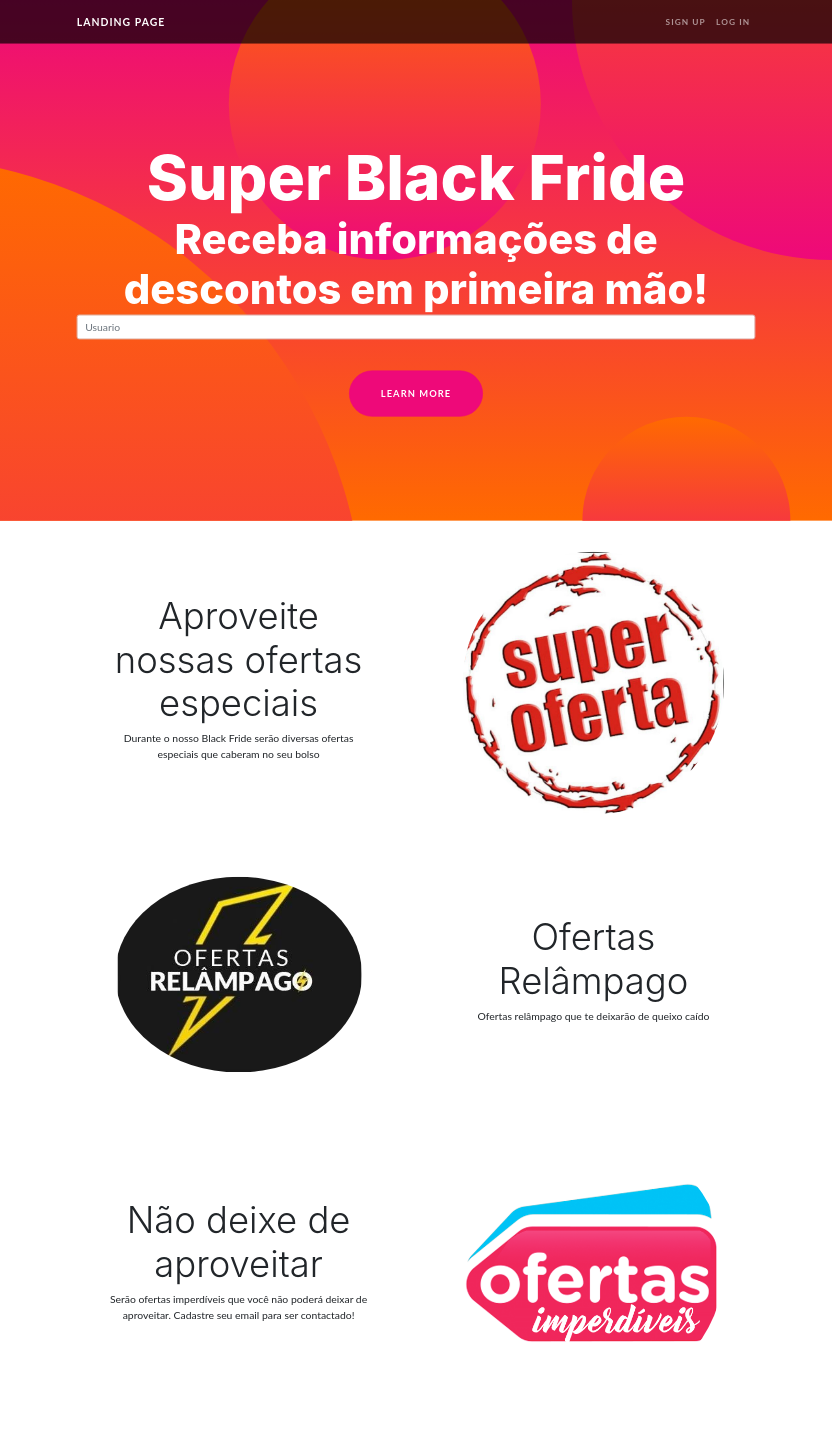
Repository: jrfalcao/landing-page
Page: /
These files come from the project's save history. The page is drawn as it stood at one moment and after the next save; the edit follows.
The browser window is 1280 px wide. The pictures show the whole page, at 65% of full size.
The project was rebuilt for these pictures with package versions that can differ from the ones it lists, and the page was loaded fresh each time.

Above is the page before, as saved 2021-07-18 22:01:55.

After the next save:
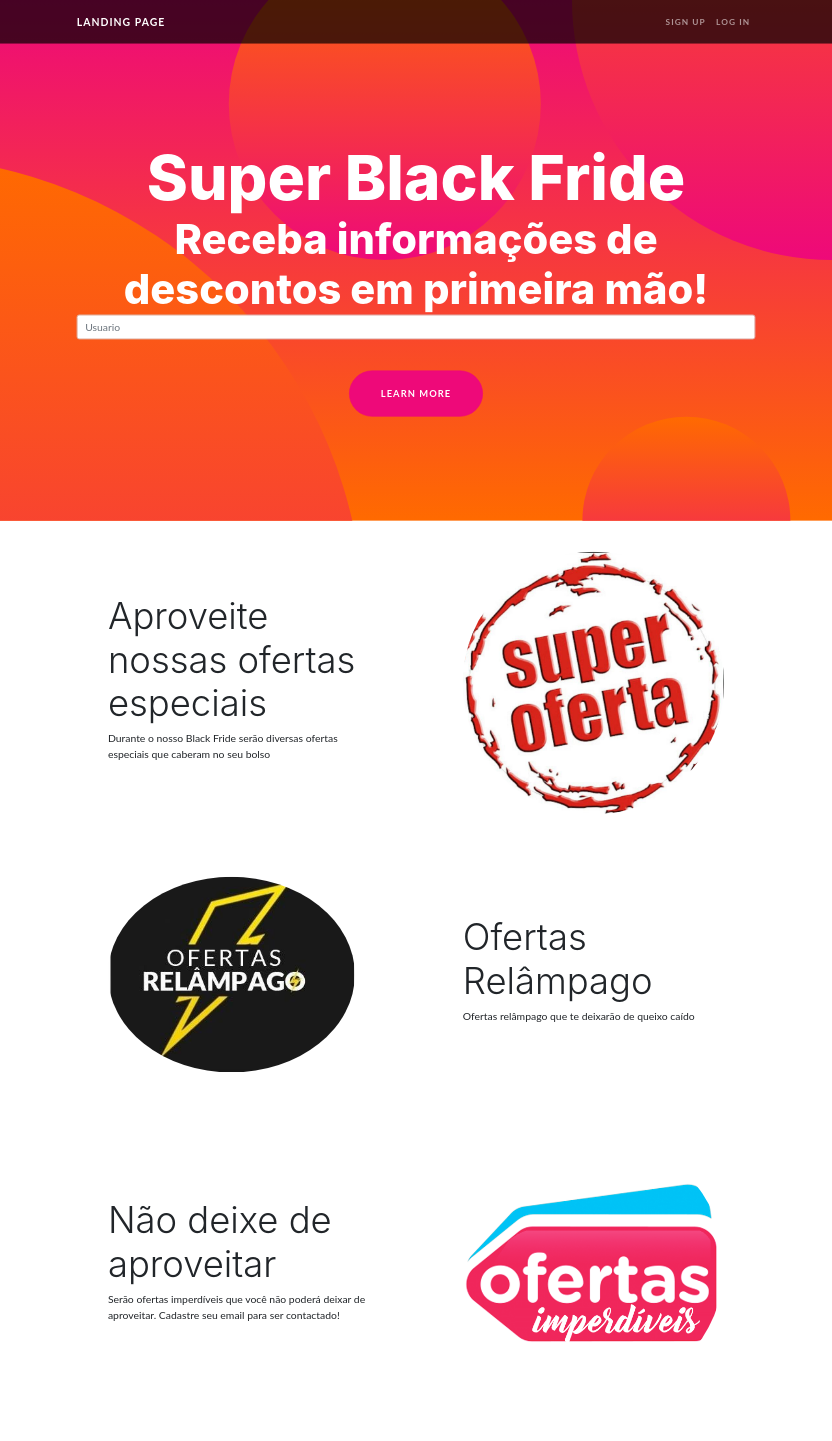
Saved 19 s later.
--- a/src/App.js
+++ b/src/App.js
@@ -3,7 +3,7 @@ import Header from './Components/Header';
 import Promotion from './Components/Promotion';
 import Footer from './Components/Footer';
 
-import './assets/css/App.css';
+// import './assets/css/App.css';
 import Image01 from './assets/img/super_oferta.jpg'
 import Image02 from './assets/img/oferta_relampago.jpg'
 import Image03 from './assets/img/ofertas_imperdiveis.png'
@@ -11,7 +11,7 @@ import Image03 from './assets/img/ofertas_imperdiveis.png'
 
 function App() {
   return (
-    <div className="App">
+    <div>
       <NavBar />
       <Header />
       <Promotion
